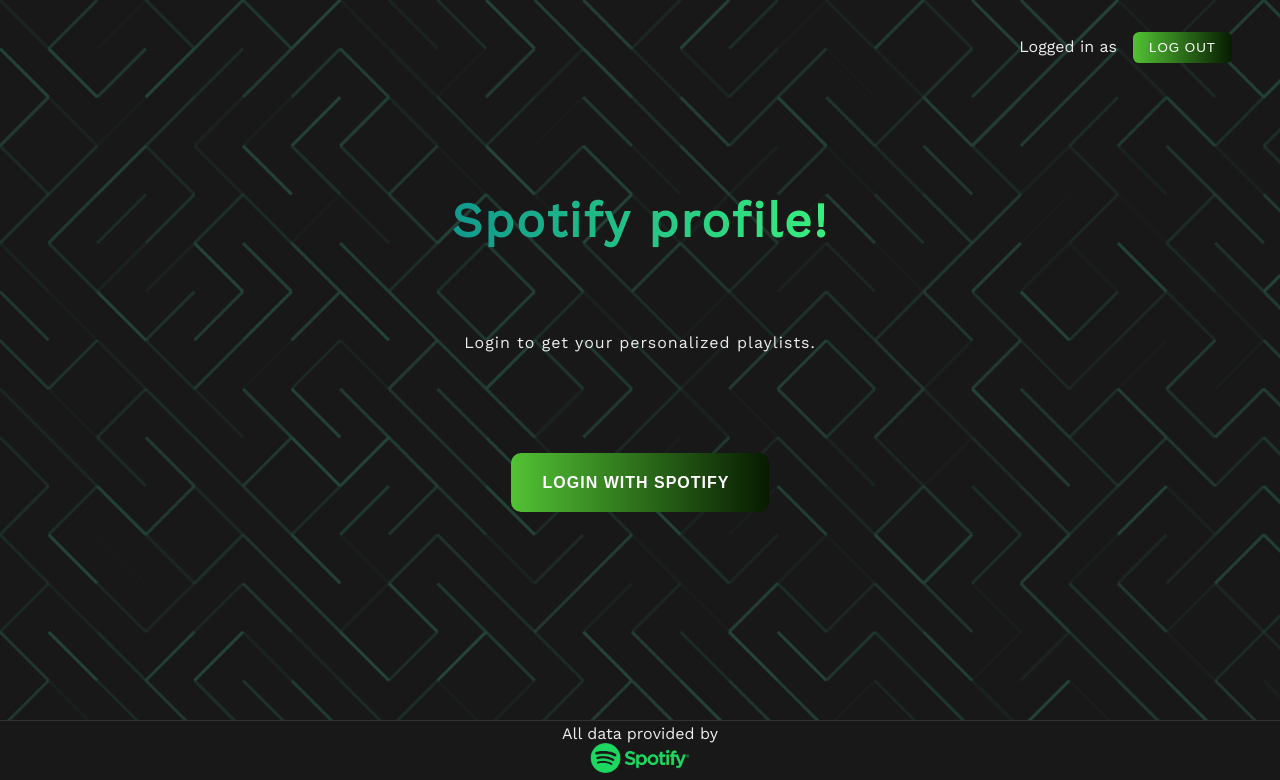
Repository: kirpister/Spotify-profile
Page: /
An editor plug-in stored every save of this project. The page is shown before and after the next save, followed by the edit.
The browser window is 1280 px wide. The pictures show the whole page.
The project was rebuilt for these pictures with package versions that can differ from the ones it lists, and the page was loaded fresh each time.

Above is the page before, as saved 2023-03-08 10:57:15.

### public/index.html
<!DOCTYPE html>
<html lang="en">
  <head>
    <meta charset="utf-8" />
    <link rel="icon" href="%PUBLIC_URL%/favicon.ico" />
    <meta name="viewport" content="width=device-width, initial-scale=1" />
    <meta name="theme-color" content="#000000" />
    <meta
      name="description"
      content="Web site created using create-react-app"
    />

    <title>Own Spotify App</title>
  </head>
  <body>
    <noscript>You need to enable JavaScript to run this app.</noscript>
    <div id="root"></div>
  </body>
</html>

### src/index.tsx
import ReactDOM from "react-dom/client";
import "./index.css";
import App from "./App";
const root = ReactDOM.createRoot(
  document.getElementById("root") as HTMLElement
);
root.render(<App />);

### src/index.css
@import url("https://fonts.googleapis.com/css2?family=Work+Sans&display=swap");

* {
  margin: 0;
  padding: 0;
  overscroll-behavior: none;
  box-sizing: border-box;
}

body {
  background: #181818;
  color: rgb(237, 237, 237);
  font-family: "Work Sans", sans-serif;
}

h2 {
  letter-spacing: 2px;
  font-size: 3rem;
  background: linear-gradient(to right, #11998e, #38ef7d);
  -webkit-background-clip: text;
  -webkit-text-fill-color: transparent;
  background-clip: text;
  color: transparent;
}

h3 {
  font-size: 1.5rem;
  margin-bottom: 3rem;
  margin-left: 1rem;
  letter-spacing: 2px;
}

h4 {
  text-align: center;
}

p {
  display: inline-block;
}

li p {
  font-size: 1.2rem;
}

li {
  list-style: decimal;
  font-size: 1.3rem;
}

a {
  color: #fff;
}

.heading {
  backdrop-filter: blur(10px);
  padding: 1rem;
}

footer {
  border-top: 1px solid #333;
  padding: 0.2rem;
  text-align: center;
}

footer img {
  width: 100px;
  height: auto;
}

/* BUTTONS */

button p {
  font-weight: bold;
  font-family: Arial, Helvetica, sans-serif;
  margin-right: 0.5rem;
  font-size: 1rem;
}

button {
  background-image: linear-gradient(
    to right,
    #52c234 0%,
    #061700 51%,
    #52c234 100%
  );
  margin: 1rem;
  padding: 1rem 2rem;
  text-transform: uppercase;
  transition: 0.5s;
  background-size: 200% auto;
  color: white;
  border-radius: 10px;
  border: none;
  font-family: "Rubik", sans-serif;
  letter-spacing: 1px;
}

button:hover {
  background-position: right center; /* change the direction of the change here */
  color: #fff;
  text-decoration: none;
}

.log-out {
  position: absolute;
  right: 2rem;
  top: 1rem;
}

.log-out button {
  border-radius: 0.4rem;
  padding: 0.5rem 1rem 0.5rem 1rem;
  border: none;
  background-color: transparent;
  letter-spacing: 1px;
  color: white;
}

### src/App.tsx
import Footer from "./Footer";
import Spotify from "./Spotify";

const App = () => {

  return (
    <div className="App">
      <Spotify />
      <Footer />
    </div>
  );
};

export default App;

### src/Footer.tsx
import React from 'react';
import SpotifyLogo from './assets/Spotify_Logo.png';

const Footer: React.FC = () => {
    return (
        <footer>
           <p>All data provided by</p>
           <a href="https://www.spotify.com/fi/signup" target="_blank" rel="noreferrer"><div className='logo-box'><img src={SpotifyLogo} alt="SpotifyLogo" /></div></a>
        </footer>
    );
};

export default Footer;

### src/Spotify.tsx
import React, { useState, useEffect } from "react";
import queryString from "query-string";
import axios from "axios";

import "./App.css";

const scopes = [
  "user-read-playback-state",
  "user-library-read",
  "user-top-read",
];

interface User {
  id: string;
  display_name: string;
  email: string;
  images: { url: string }[];
}

interface Artist {
  id: string;
  name: string;
  images: { url: string }[];
}

interface Track {
  id: string;
  name: string;
  album: { images: { url: string }[] };
  artists: { name: string }[];
}

interface CurrentTrack {
  item: {
    name: string;
    artists: { name: string }[];
  };
}

const Spotify: React.FC = () => {
  const [token, setToken] = useState<string>("");
  const [userData, setUserData] = useState<User>();
  const [currentTrack, setCurrentTrack] = useState<CurrentTrack | null>(null);
  const [artists, setArtists] = useState<Artist[]>([]);
  const [tracks, setTracks] = useState<Track[]>([]);

  // AUTH

  const handleLogin = () => {
    const redirectToSpotify = `https://accounts.spotify.com/authorize?client_id=${
      process.env.REACT_APP_CLIENT_ID
    }&redirect_uri=${process.env.REACT_APP_REDIRECT_URI}&scope=${scopes.join(
      "%20"
    )}&response_type=token`;
    window.location.href = redirectToSpotify;
  };

  useEffect(() => {
    const token = queryString.parse(window.location.hash).access_token;
    if (token) {
      setToken(token as string);
    }
    window.location.hash = "";
  }, []);

  // API CALLS

  useEffect(() => {
    if (!token) return;

    const getUserData = async () => {
      const response = await axios.get<User>("https://api.spotify.com/v1/me", {
        headers: { Authorization: `Bearer ${token}` },
      });
      setUserData(response.data);
    };

    const getCurrentTrack = async () => {
      const response = await axios.get<CurrentTrack>(
        "https://api.spotify.com/v1/me/player/currently-playing",
        {
          headers: {
            Authorization: `Bearer ${token}`,
          },
        }
      );
      setCurrentTrack(response.data);
    };

    const getTopTracks = async () => {
      const response = await axios.get<{ items: Track[] }>(
        "https://api.spotify.com/v1/me/top/tracks?time_range=medium_term&limit=5",
        {
          headers: {
            Authorization: `Bearer ${token}`,
          },
        }
      );
      setTracks(response.data.items);
    };

    const getTopArtists = async () => {
      const response = await axios.get<{ items: Artist[] }>(
        "https://api.spotify.com/v1/me/top/artists?time_range=medium_term&limit=5",
        {
          headers: {
            Authorization: `Bearer ${token}`,
          },
        }
      );
      setArtists(response.data.items);
    };

    getCurrentTrack();
    getTopTracks();
    getTopArtists();
    getUserData();
  }, [token]);

  return (
    <>
      <div className="wrapper">
        <header>
          <div className="log-out">
            <p>
              Logged in as <a href="/">{userData?.display_name}</a>
            </p>
            <a href="https://accounts.spotify.com/fi/status">
              <button>Log Out</button>
            </a>
          </div>
        </header>
        {token ? (
          <div className="wrapper">
            <div className="header-img">
              <h2 className="heading">
                Hello, <span>{userData?.display_name}</span>
              </h2>
            </div>
            {currentTrack ? (
              <div className="current-track">
                <p>
                  Now playing:{" "}
                  <span>
                    {currentTrack.item.name} by{" "}
                    {currentTrack.item.artists[0].name}
                  </span>
                </p>
              </div>
            ) : (
              <h4>Loading current track...</h4>
            )}
            <div className="top-div">
              <div className="top-artists">
                <h3>Top Artists</h3>
                {artists.map((artist) => (
                  <div className="list-div" key={artist.id}>
                    <img src={artist.images[0].url} alt={artist.name} />
                    <p>{artist.name}</p>
                  </div>
                ))}
              </div>

              <div className="top-tracks">
                <h3>Top Tracks</h3>
                {tracks.map((track) => (
                  <div className="list-div" key={track.id}>
                    <img src={track.album.images[0].url} alt={track.name} />
                    <p>{track.artists[0].name} -</p>
                    <span>{track.name}</span>
                  </div>
                ))}
              </div>
            </div>
          </div>
        ) : (
          // MAIN PAGE BEFORE AUTH

          <div className="intro">
            <h2 className="header">Spotify profile!</h2>
            <p className="intro-text">
              Login to get your personalized playlists.
            </p>
            <button onClick={handleLogin}>
              <p>Login with Spotify</p>
            </button>
          </div>
        )}
      </div>
    </>
  );
};

export default Spotify;

### src/App.css
  /* CURRENT TRACK */

.header-img {
  background-image: url(./assets/nnneon.svg);
  height: 35vh;
  background-repeat: no-repeat;
  background-position: center;
  display: flex;
  justify-content: center;
  align-items: center;
}

.heading {
  filter: drop-shadow(2px 1px 2px rgb(32, 32, 32));
  text-align: center;
}

.current-track {
  text-align: center;
  border: 1px solid rgb(118, 255, 118);
  border-radius: .5rem;
  width: fit-content;
  padding: .3rem 1.2rem .3rem 1.2rem;
  margin: 0 auto;
}

.current-track p {
  font-weight: bold;
}

.current-track span {
  color: rgb(118, 255, 118);
  font-weight: normal;
}


/* LANDING PAGE */

.intro {
  background-image: url(./assets/ttten.svg);
  background-size: cover;
  height: 100vh;
  display: flex;
  flex-direction: column;
  justify-content: center;
  align-items: center;
}

.intro-text {
  width: 40vw;
  margin: 5rem;
}

.intro p {
  letter-spacing: 1px;
  line-height: 1.7;
  text-align: center;
}

/* TOP ARTISTS */

.artist {
  font-weight: bold;
}

.top-artists {
  display: flex;
  flex-direction: column;
}

.top-artists img {
  width: 60px;
  height: 60px;
  margin: -5px;
  margin-left: .1rem;
  border-radius: 50%;
}

/* TOP TRACKS */

.top-tracks img {
  width: 60px;
  height: auto;
  margin-top: .5rem;
}

.top-tracks span {
  margin-left: .5rem;
}

/* TRACKS & ARTISTS */

.top-div {
  margin: 5rem;
  display: flex;
  justify-content: space-around;
}

.list-div {
  display: flex;
  align-items: center;
  margin: 1rem;
}

.top-tracks p {
  margin-left: 1rem;
}

.top-artists p {
  margin-left: 2rem;
}

.top-artists,
.top-tracks {
  /* border: 1px solid #1db9548a; */
  border-radius: 1rem;
  background-color: #25252587;
  width: 45vw;
  padding: 1.5rem;
  margin: 1rem;
}


/* MOBILE */

@media screen and (max-width: 600px) {


  .intro h2 {
    font-size: 2rem;
    text-align: center;
  }

  .top-div {
    display: flex;
    flex-direction: column;
    justify-content: center;
    align-items: center;

  }

  .top-artists,
  .top-tracks,
  .list-div {
    width: 95vw;
    padding: 0;
  }

  .top-div p, span {
    font-size: .7rem;
  }

  .top-div img {
    width: 50px;
    height: 50px;
  }

  h3 {
    text-align: center;
  }

  .top-artists p {
    padding-left: 1rem;
  }

  .current-track p, span {
    font-size: 0.7rem;
  }
}

After the next save:
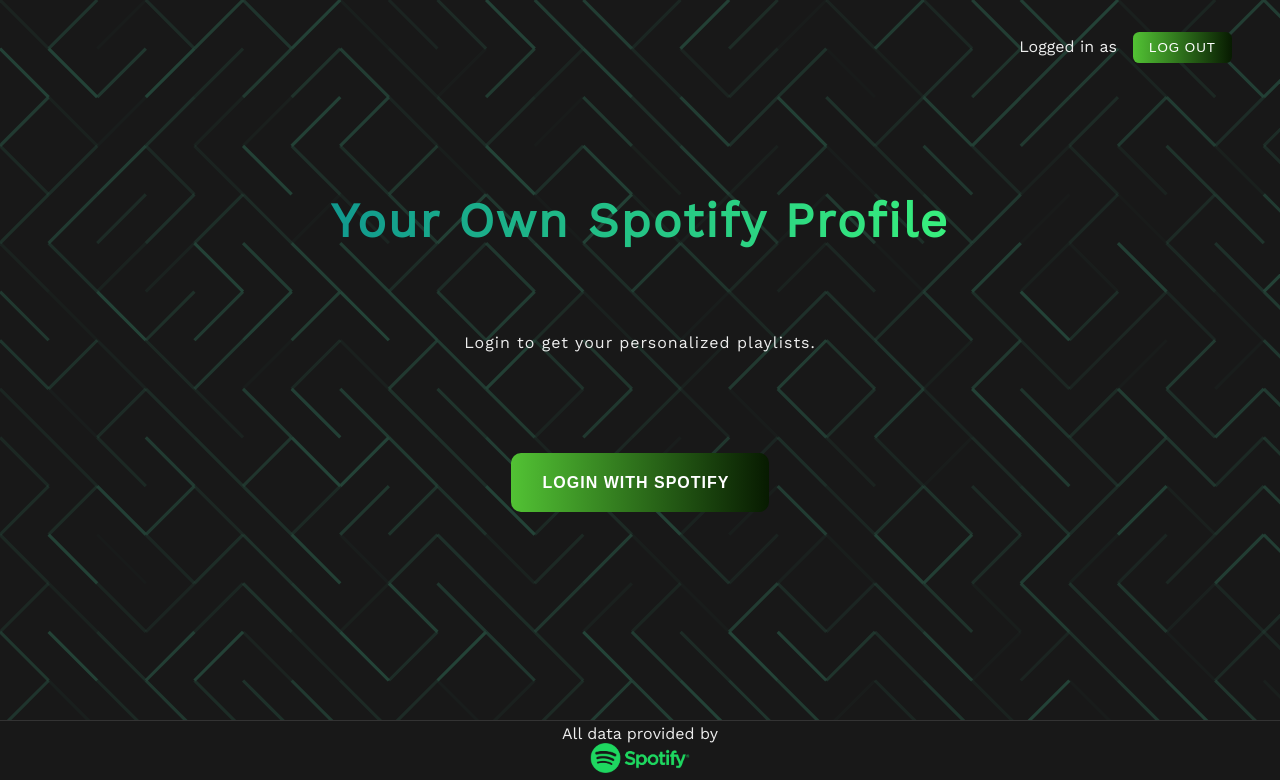
Saved 24 s later.
--- a/src/Spotify.tsx
+++ b/src/Spotify.tsx
@@ -177,7 +177,7 @@
           // MAIN PAGE BEFORE AUTH
 
           <div className="intro">
-            <h2 className="header">Spotify profile!</h2>
+            <h2 className="header">Your Own Spotify Profile</h2>
             <p className="intro-text">
               Login to get your personalized playlists.
             </p>
